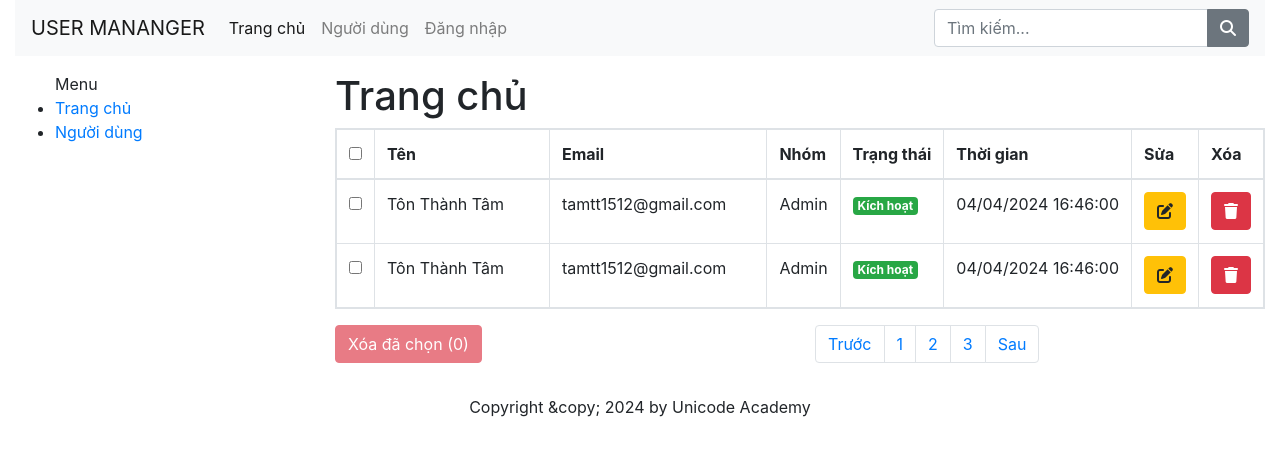
Repository: tam1512/USER_MANAGERMENT_MVC
Page: http://localhost/nguoi-dung
These files come from the project's save history. The page is drawn as it stood at one moment and after the next save; the edit follows.
The browser window is 1280 px wide. The pictures show the whole page.
The page is run by PHP 8.4 with error messages shown; the project is at /var/www/html/.

Above is the page before, as saved 2024-04-04 16:52:49.

After the next save:
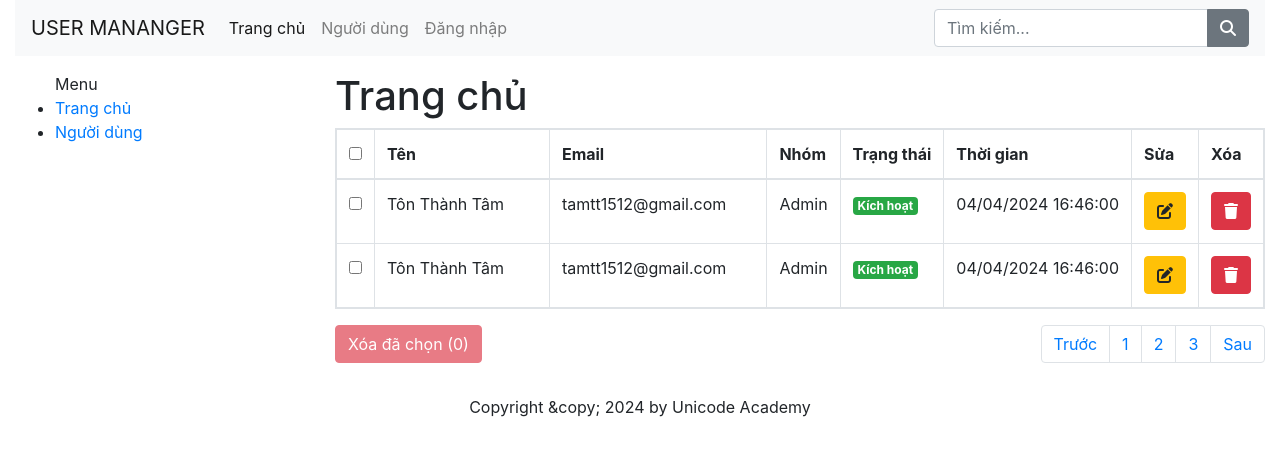
Saved 50 s later.
--- a/app/views/user/index.php
+++ b/app/views/user/index.php
@@ -41,7 +41,7 @@
          <button type="button" class="btn btn-danger disabled">Xóa đã chọn (0)</button>
       </div>
       <div class="col-6">
-         <nav aria-label="Page navigation">
+         <nav aria-label="Page navigation" class="d-flex justify-content-end">
             <ul class="pagination">
                <li class="page-item"><a class="page-link" href="#">Trước</a></li>
                <li class="page-item"><a class="page-link" href="#">1</a></li>
